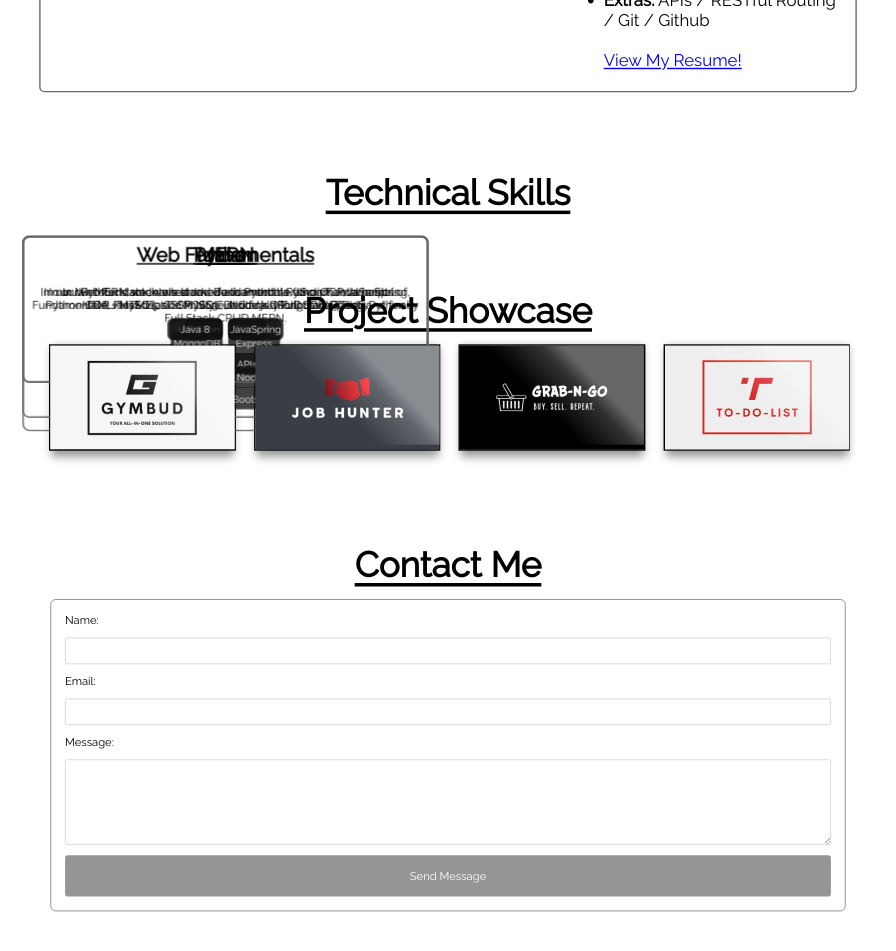
Repository: RICHIE-YIN/Personal-Portfolio
Page: index.html
The author's editor kept a copy of each file at every save. The page is drawn from the files as they stood at one save, then again after the next save.
The browser window is 1280 px wide. The pictures show the part of the page from y = 2267 to 4187 px (the page is 3626 px tall before and 4187 px after), at 70% of full size.
Some web fonts or font styles are not loaded; a fallback is used.

Above is the page before, as saved 2023-06-12 17:18:44.
Console error: ReferenceError: $ is not defined

### index.html
<!DOCTYPE html>
<html lang="en">
<head>
    <meta charset="UTF-8">
    <meta http-equiv="X-UA-Compatible" content="IE=edge">
    <meta name="viewport" content="width=device-width, initial-scale=1.0">
    <title>Document</title>
    <link rel="stylesheet" href="styles.css">
    <style></style>
    <style>
        @import url('https://fonts.googleapis.com/css2?family=Balsamiq+Sans&family=Raleway&family=Roboto&display=swap');
    </style>
</head>
<body>
    <div class="contianer">
        <section class="et-hero-tabs">
            <div class="typewriter">
                <h1 id="text">Richie Yin</h1>
            </div>
            <h3>Coding Dojo Graduate 2023</h3>
            <h3>PYTHON / MERN / JAVA</h3>
            <div id="navbar" class="et-hero-tabs-container">
                <a class="et-hero-tab" href="#profile-section">About Me</a>
                <a class="et-hero-tab" href="#skills-section">Technical Skills</a>
                <a class="et-hero-tab" href="#section5">Projects Showcase</a>
                <a class="et-hero-tab" href="#section7">Contact</a>
                <span class="et-hero-tab-slider"></span>
            </div>

        </section>
        <br>
        <br>
        <br>
        <br>
        <br>
        <br>
        <div id="profile-section" class="profile-section">
            <h1 id="about-me">About Me</h1>
            <br>
            <div class="profile-content">
                <img src="download.jpeg" alt="picture">
                <div class="profile-text">
                    <br>
                    <h3>Richie Yin</h3>
                    <br>
                    <p>A passionate software engineer with a strong background in leadership and a lifelong love for technology. Having been in leadership roles since grade school, I've honed my management skills through diverse experiences such as leading group projects, running a restaurant, overseeing a gym sales team, and managing a business.
                    <br>
                    <br>
                    <p>Growing up in an immigrant family with no prior computer experience, I became the go-to IT person for my family at just 8 years old. My curiosity for coding began at the age of 12, but it wasn't until recently that I fully immersed myself in the world of software development.
                    <br>
                    <br>
                    <p>Over the past 14 weeks, I committed myself to an intensive coding bootcamp, where I gained proficiency in a wide range of programming languages and frameworks. My skills include:</p>
                    <br>
                    <ul>
                        <li><strong>Web Fundamentals:</strong> HTML5 / CSS3 / JavaScript / jQuery</li>
                        <li><strong>Python:</strong> Python / Flask / Flask + MySQL</li>
                        <li><strong>MERN:</strong> JavaScript / MongoDB / Express / React / Node.js / Deployment</li>
                        <li><strong>Java:</strong> Java / Spring / Java + MySQL</li>
                        <li><strong>Databases:</strong> MongoDB / MySQL</li>
                        <li><strong>Extras:</strong> APIs / RESTful Routing / Git / Github</li>
                    </ul>
                    <br>
                    <a href="https://docs.google.com/document/d/1qb6DIM2U-Qcg0YsSM7015CJVzUlQM7WXHSe1P5fYUa4/edit?usp=sharing">View My Resume!</a>
                    <br>
                    <br>
                </div>
            </div>
        </div>
        <br>
        <br>
        <br>
        <br>
        <br>
        <br>
        <div id="skills-section" class="skills-section">
            <h2 id="technical-skills">Technical Skills</h2>
            <div class="card-container">
                <div class="card card1">
                    <h3 class="web">Web Fundamentals</h3>
                    <p>In our Web Fundamentals stack, we learned the fundamental basics of HTML/HTML5, CSS/CSS3, Basic JavaScript, and jQuery</p>
                    <ul>
                        <li>HTML 5</li>
                        <li>CSS 3</li>
                        <li>JavaScript</li>
                        <li>jQuery</li>
                        <li>Git/Github</li>
                        <li>Bootstrap</li>
                    </ul>
                </div>
                <div class="card card2">
                    <h3 class="python">Python</h3>
                    <p>In our Python stack, we learned Basic Python, Python Fundamentals, Python OOP, Flask, Flask + MySQL, and finally Full Stack CRUD Python</p>
                    <ul>
                        <li>Python</li>
                        <li>Flask</li>
                        <li>MySQL</li>
                        <li>APIs</li>
                    </ul>
                </div>
                <div class="card card3">
                    <h3 class="mern">MERN</h3>
                    <p>In our MERN stack, we learned advanced JavaScript, JavaScript Fundamentals, JavaScript OOP, Node, Node.js, MongoDB, React, and finally Full Stack CRUD MERN.</p>
                    <ul>
                        <li>MongoDB</li>
                        <li>Express</li>
                        <li>React</li>
                        <li>Node.js</li>
                        <li>JavaScript</li>
                    </ul>
                </div>
                <div class="card card4">
                    <h3 class="java">Java</h3>
                    <p>In our Java stack, we learned Java fundamentals, Java OOP, Java Spring, Java + MySQL, and finally Full Stack CRUD Java Spring.</p>
                    <ul>
                        <li>Java 8</li>
                        <li>JavaSpring</li>
                        <li>MySQL</li>
                    </ul>
                </div>
            </div>
        </div>
            <br>
            <br>
            <br>
        <div class="section5" id="section5">
            <h1 id="project-showcase">Project Showcase</h1>
            <br>
            <div class="l-container">
                <!-- Add the 'onclick' attribute to each card and pass a unique ID -->
                <div class="b-game-card" onclick="openPopup('project1')">
                    <div class="b-game-card__cover" style="background-image: url(/GymBud.PNG);"></div>
                </div>
                <div class="b-game-card" onclick="openPopup('project2')">
                    <div class="b-game-card__cover" style="background-image: url(/JobHunter.PNG);"></div>
                </div>
                <div class="b-game-card" onclick="openPopup('project3')">
                    <div class="b-game-card__cover" style="background-image: url(/Grab-N-Go.PNG);"></div>
                </div>
                <div class="b-game-card" onclick="openPopup('project4')">
                    <div class="b-game-card__cover" style="background-image: url(/To-Do-List.PNG);"></div>
                </div>
            </div>
        </div>
        <br>
        <br>
        <br>
        <br>
        <br>
        <br>
        <div class="section7" id="section7">
            <h1 id="contact-me">Contact Me</h1>
            <br>
            <div class="contact-box">
                <form id="contact-form" action="https://formspree.io/f/xbjewjrk" method="POST">
                <label for="name">Name:</label>
                <input type="text" id="name" name="name" required>

                <label for="email">Email:</label>
                <input type="email" id="email" name="email" required>

                <label for="message">Message:</label>
                <textarea id="message" name="message" required></textarea>

                <button type="submit">Send Message</button>
            </form>
            </div>
        </div>
        <br>
        <br>
        <br>
        <div class="section6">
            <div class="section6-container">
                <div class="project-popup" id="project1" style="display: none;">
                    <div class="project-popup-content">
                        <img src="your_gif_url_here.gif" alt="Project 1">
                        <a href="your_project_link_here" target="_blank">Check out the project</a>
                        <button onclick="closePopup('project1')">Close</button>
                    </div>
                </div>
                <div class="project-popup" id="project2" style="display: none;">
                    <div class="project-popup-content">
                        <img src="your_gif_url_here.gif" alt="Project 2">
                        <a href="your_project_link_here" target="_blank">Check out the project</a>
                        <button onclick="closePopup('project2')">Close</button>
                    </div>
                </div>
                <div class="project-popup" id="project3" style="display: none;">
                    <div class="project-popup-content">
                        <img src="your_gif_url_here.gif" alt="Project 1">
                        <a href="your_project_link_here" target="_blank">Check out the project</a>
                        <button onclick="closePopup('project3')">Close</button>
                    </div>
                </div>
                <div class="project-popup" id="project4" style="display: none;">
                    <div class="project-popup-content">
                        <img src="your_gif_url_here.gif" alt="Project 4">
                        <a href="your_project_link_here" target="_blank">Check out the project</a>
                        <button onclick="closePopup('project4')">Close</button>
                    </div>
                </div>
            </div>
        </div>
    </div>
    <script src="script.js"></script>
    <script src="https://cdnjs.cloudflare.com/ajax/libs/vanilla-tilt/1.7.0/vanilla-tilt.min.js"></script>
</body>
</html>

### styles.css

@import url('https://fonts.googleapis.com/css2?family=Balsamiq+Sans&family=Raleway&family=Roboto&display=swap');

* {
    margin: 0;
    padding: 0;
    font-family: 'Raleway', sans-serif;
}
html {
    scroll-behavior: smooth;
}


/* Extra small devices (phones, 600px and down) */
@media only screen and (max-width: 600px) {
    .container {
        width: 100%;
    }
}

/* Small devices (portrait tablets and large phones, 600px and up) */
@media only screen and (min-width: 600px) {
    .container {
        width: 85%;
    }
}

/* Medium devices (landscape tablets, 768px and up) */
@media only screen and (min-width: 768px) {
    .container {
        width: 80%;
    }
}

/* Large devices (laptops/desktops, 992px and up) */
@media only screen and (min-width: 992px) {
    .container {
        width: 75%;
        max-width: 1200px;
    }
}

/* .header {
    background-color: none;
    overflow: hidden;
    position: absolute;
    bottom: 0;
    width: 100%;
} */
.header a {
    float: right;
    color: black;
    text-align: center;
    padding: 14px 14px;
    text-decoration: none;
    font-size: 28px;
}
.header a:hover {
    background-color: black;
    color: white;
    font-size: 40px;
    font-size-adjust: 20px;
}
.header a.split {
    float: left;
}

/* GLOBAL STYLES */
.typewriter {
    background: #333;
    padding: 2em 1em;
    display: flex;
    justify-content: center;
}

.typewriter h1 {
    color: white;
    font-family: monospace;
    overflow: hidden;
    border-right: .15em solid white;
    margin: 0 auto;
    letter-spacing: .15em;
    max-width: 100%;
    white-space: nowrap;
    text-align: center;
}

/* .first-section {
    position: relative;
} */

.sticky {
    position: fixed;
    top: 0;
    z-index: 100;
}


/* The typing effect */
@keyframes typing {
from { width: 0 }
to { width: 11em }
}

/* The typewriter cursor effect */
@keyframes blink-caret {
from, to { border-color: transparent }
50% { border-color: white }
}

.typewriter h1.hidden {
display: none;
}

.profile-section {
    display: flex;
    flex-direction: column;
    align-items: center;
    padding-left: 25px;
    padding-right: 25px;
}

.profile-content {
    display: flex;
    flex-direction: row;
    align-items: center;
    justify-content: center;
    width: 100%;
    border: #696969 solid 2px;
    padding-right: 20px;
    font-size:150%;
    border-radius: .3em;
    box-sizing: border-box;
}

/* .profile-content img {
    width: 600px;
    height: 825px;
    margin-right: 4%;
    margin-left: 2%;
} */

.profile-content img {
    max-width: 100%;
    height: auto;
    margin-right: 4%;
    margin-left: 2%;
    border: #373737 solid 2px;
}


.profile-text {
    flex: 1;
}

.card-container {
    display: flex;
    flex-wrap: wrap;
    justify-content: center;
    /* margin: 0 -10px; */
    text-align: center;
}

.row {
    display: flex;
    justify-content: center;
    margin: 10px 10px;
}


.b-game-card



.card h3 {
    margin-top: 0;
}

.card ul {
    margin: 0;
    padding: 0;
    list-style: none;
}

.card li {
    margin-bottom: 10px;
}




.et-hero-tabs, .et-slide {
    display: flex;
    flex-direction: column;
    justify-content: center;
    align-items: center;
    height: 100vh;
    position: relative;
    background: #eee;
    text-align: center;
    padding: 0 2em;
}
.et-hero-tabs h1, .et-slide h1 {
    font-size: 2rem;
    margin: 0;
    letter-spacing: 1rem;
}
.et-hero-tabs h3, .et-slide h3 {
    font-size: 1rem;
    letter-spacing: 0.3rem;
    opacity: 0.6;
}
.et-hero-tabs-container {
    display: flex;
    flex-direction: row;
    position: absolute;
    bottom: 0;
    width: 100%;
    height: 70px;
    box-shadow: 0 0 20px rgba(0, 0, 0, 0.1);
    background: #fff;
    z-index: 10;
}
.et-hero-tabs-container--top {
    position: fixed;
    top: 0;
}
.et-hero-tab {
    display: flex;
    justify-content: center;
    align-items: center;
    flex: 1;
    color: #000;
    letter-spacing: 0.1rem;
    transition: all 0.5s ease;
    font-size: 0.8rem;
}
.et-hero-tab:hover {
    color: white;
    background: rgba(102, 177, 241, 0.8);
    transition: all 0.5s ease;
}
.et-hero-tab-slider {
    position: absolute;
    bottom: 0;
    width: 0;
    height: 6px;
    background: #66b1f1;
    transition: left 0.3s ease;
}
@media (min-width: 800px) {
    .et-hero-tabs h1, .et-slide h1 {
        font-size: 3rem;
}
    .et-hero-tabs h3, .et-slide h3 {
        font-size: 1rem;
}
    .et-hero-tab {
        font-size: 1rem;
}
}






.skills-section .card.card1 {
    /* background: linear-gradient(135deg, #F0F2F5 0%, #D9DBE1 100%); */
    width: 45%;
}

.skills-section .card.card2 {
    /* background: linear-gradient(135deg, #D9DBE1 0%, #BEC1C9 100%); */
    width: 45%;
}

.skills-section .card.card3 {
    /* background: linear-gradient(135deg, #F0F2F5 0%, #BEC1C9 100%); */
    width: 45%;
}

.skills-section .card.card4 {
    /* background: linear-gradient(135deg, #BEC1C9 0%, #F0F2F5 100%); */
    width: 45%;
}




.skills-section {
    display: flex;
    flex-direction: column;
    align-items: center;
    /* padding-left: 25px; */
    /* padding-right: 25px; */
}

.skills-section h2 {
    font-size: 2.5rem;
    margin-bottom: 2rem;
}

.card-container {
    display: flex;
    justify-content: center;
    flex-wrap: wrap;
    gap: 1.5rem;
}

.skills-section .card {
    position: fixed;
    overflow: hidden;
    width: 100%;
    max-width: 100%;
    height: auto;
    border-radius: 10px;
    min-width: 280px;
    /* box-shadow: 0 2px 20px rgba(0, 0, 0, 0.5); */
    transform-style: preserve-3d;
    transform: perspective(500px);
    display: flex;
    flex-direction: column;
    justify-content: space-between;
    align-items: center;
    border: #696969 2px solid;
    transition: all 0.2s ease;
}


.skills-section .card:hover {
    transform: perspective(500px) translateY(-10px);
    box-shadow: 0 4px 30px rgba(0, 0, 0, 0.5);
}

.skills-section h3 {
    font-size: 1.75rem;
    margin-bottom: 1rem;
}

.skills-section .card p {
    padding: 10px;
}


.skills-section ul {
    list-style-type: none;
    padding: 0;
    display: grid;
    grid-template-columns: repeat(2, 1fr);
    gap: 0.5rem;
}

.skills-section li {
    font-size: 0.9rem;
    text-align: center;
    background-color: rgba(18, 18, 18, 0.8);
    color: #eee;
    border-radius: 8px;
    padding: 0.5em 0.2em 0.5em 0.2em;
}

.web, .python, .mern, .java {
    text-decoration: underline;
    margin-top: 1.5%;
}

.section5 {
    margin: 0 auto; /* Center the section horizontally */
    padding: 20px; /* Add padding to give some space */
    width: 95%; /* Control the width of the section */
    max-width: 1200px; /* Maximum width of the section */
}

.l-container {
    display: flex; /* Align the cards in a row */
    flex-wrap: wrap; /* Wrap the cards to the next line when they don't fit */
    justify-content: space-between; /* Distribute equal space between the cards */
    margin: 20px 0; /* Add some margin to the top and bottom */
}

.project-popup {
    display: none;
    position: fixed;
    top: 50%;
    left: 50%;
    transform: translate(-50%, -50%);
    z-index: 9999;
    background-color: rgba(0, 0, 0, 0.8);
    width: 100%;
    height: 100%;
    padding: 20px;
}

.project-popup-content {
    position: absolute;
    top: 50%;
    left: 50%;
    transform: translate(-50%, -50%);
    text-align: center;
    background-color: white;
    color: black;
    padding: 20px;
    border-radius: 10px;
    box-shadow: 0 5px 15px rgba(0, 0, 0, 0.3);
}

.project-popup-content img {
    max-width: 100%;
    height: auto;
}

.project-popup-content a {
    display: inline-block;
    text-decoration: none;
    color: white;
    background-color: #f6d365;
    padding: 10px 20px;
    margin-top: 15px;
    border-radius: 5px;
    transition: background-color 0.3s;
}

.project-popup-content a:hover {
    background-color: #fda085;
}

.project-popup-content button {
    display: inline-block;
    text-decoration: none;
    color: white;
    background-color: #333;
    padding: 5px 10px;
    margin-top: 15px;
    border-radius: 5px;
    border: none;
    cursor: pointer;
    transition: background-color 0.3s;
}

.project-popup-content button:hover {
    background-color: #555;
}




.l-container {
    display: grid;
    grid-template-columns: repeat(4, 1fr);
    grid-gap: 30px; /* Adjust space between the cards */
    width: 100%; /* Set the width to 100% */
    max-width: 1800px; /* Increase the container max-width */
    margin: 0 auto;
}

@media screen and (max-width: 760px) {
    .l-container {
        grid-template-columns: repeat(2, 1fr);
    }
}

.b-game-card {
    position: relative;
    /* z-index: 1; */
    width: 100%;
    padding-bottom: 56.25%; /* Adjust the aspect ratio to 16:9 */
    perspective: 1000px;
    display: inline-block;
    vertical-align: top;
    border: #000 solid 2px;
}

.b-game-card__cover {
    position: absolute;
    /* z-index: 1; */
    top: 0;
    left: 0;
    width: 100%; /* Set the width to 100% */
    height: 100%; /* Set the height to 100% */
    overflow: hidden;
    background-image: linear-gradient(120deg, #f6d365 0%, #fda085 100%);
    background-size: cover;
    background-position: center;
    perspective-origin: 50% 50%;
    transform-style: preserve-3d;
    transform-origin: top center;
    will-change: transform;
    transform: skewX(0.001deg);
    transition: transform 0.35s ease-in-out;
}


.b-game-card__cover::after {
    display: block;
    content: "";
    position: absolute;
    z-index: 100;
    top: 0;
    left: 0;
    width: 100%;
    height: 120%;
    background: linear-gradient(226deg, rgba(255, 255, 255, 0.4) 0%, rgba(255, 255, 255, 0.4) 35%, rgba(255, 255, 255, 0.2) 42%, rgba(255, 255, 255, 0) 60%);
    transform: translateY(-20%);
    will-change: transform;
    transition: transform 0.65s cubic-bezier(0.18, 0.9, 0.58, 1);
}
.b-game-card:hover .b-game-card__cover {
    transform: rotateX(7deg) translateY(-6px);
}
.b-game-card:hover .b-game-card__cover::after {
    transform: translateY(0%);
}
.b-game-card::before {
    display: block;
    content: "";
    position: absolute;
    top: 5%;
    left: 5%;
    width: 90%;
    height: 90%;
    background: rgba(0, 0, 0, 0.5);
    box-shadow: 0 6px 12px 12px rgba(0, 0, 0, 0.4);
    will-change: opacity;
    transform-origin: top center;
    transform: skewX(0.001deg);
    transition: transform 0.35s ease-in-out, opacity 0.5s ease-in-out;
}
.b-game-card:hover::before {
    opacity: 0.6;
    transform: rotateX(7deg) translateY(-6px) scale(1.05);
}

.gif-container {
    margin-bottom: 20px;
}

.link-container {
    display: flex;
    flex-direction: column;
    align-items: center;
    gap: 10px;
}

/* General styles */
body {
    font-family: Arial, sans-serif;
}

.section7 {
    /* background-color: #f8f8f8; */
    display: flex;
    flex-direction: column;
    align-items: center;
    /* padding: 25px 0; */
    width: 90%; /* Decreased from 100% */
    margin: 0 auto; /* Centers the section if width is less than 100% */
}

.contact-box {
    display: flex;
    flex-direction: column;
    align-items: center;
    justify-content: center;
    width: 75%;
    border: #696969 solid 1.5px;
    padding: 20px;
    border-radius: .5em;
}

form {
    display: grid;
    gap: 15px;
    width: 100%;
}

input[type="text"],
input[type="email"],
textarea {
    /* width: 100%;  */
    padding: 10px;
    border: 1px solid #ccc;
    border-radius: 3px;
    font-size: 14px;
    font-family: inherit;
}

textarea {
    resize: vertical;
    min-height: 100px;
}

/* Button styles */
button[type="submit"] {
    width: 100%;
    background-color: #959595;
    color: white;
    padding: 20px 20px;
    border: none;
    border-radius: 4px;
    cursor: pointer;
    font-size: 16px;
    transition: background-color 0.3s;
}

button[type="submit"]:hover {
    background-color: #555555;
}


.profile-section .profile-content,
.skills-section .card-container,
.section5 .l-container,
.section7 .contact-box {
  width: 95%; /* Adjust as needed */
  max-width: 1600px; /* Adjust as needed */
  margin: 0 auto; /* This will center the content */
}

.skills-section .card-container {
    display: flex; /* Align the cards in a row */
    flex-wrap: wrap; /* Wrap the cards to the next line when they don't fit */
    justify-content: space-between; /* Distribute equal space between the cards */
}

#about-me, #technical-skills, #contact-me, #project-showcase {
    font-size: 50px;
    text-align: center;
    text-decoration: underline;
    text-underline-offset: 0.15em;
}

Loaded but not shown: script.js (163 lines, source omitted)

After the next save:
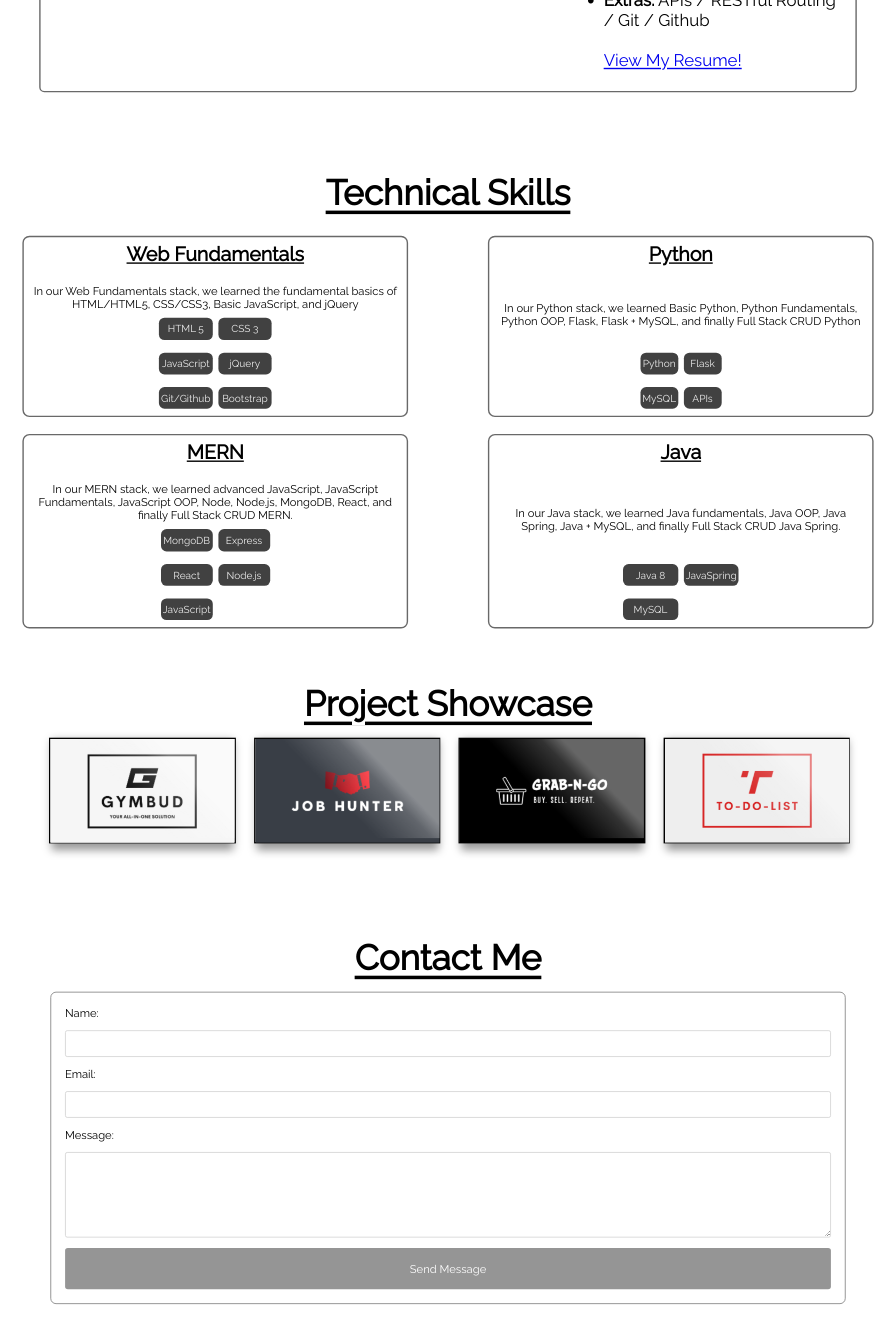
Saved 7 s later.
--- a/styles.css
+++ b/styles.css
@@ -309,7 +309,7 @@ display: none;
 }
 
 .skills-section .card {
-    position: fixed;
+    position: static;
     overflow: hidden;
     width: 100%;
     max-width: 100%;
